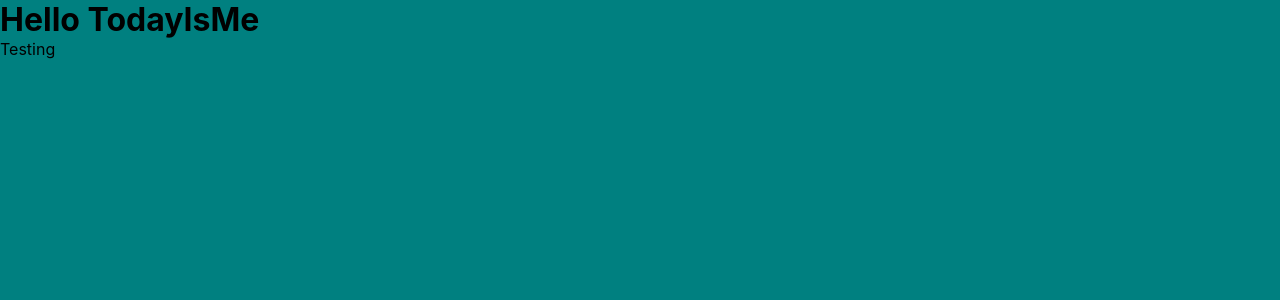
Repository: Exdevo/React
Page: /
The author's editor kept a copy of each file at every save. The page is drawn from the files as they stood at one save, then again after the next save.
The browser window is 1280 px wide. The pictures show the whole page.
The project was rebuilt for these pictures with package versions that can differ from the ones it lists, and the page was loaded fresh each time. Also part of the build but not shown: src/ItemDescription.js, src/Product.js.

Above is the page before, as saved 2023-02-12 13:35:17.

After the next save:
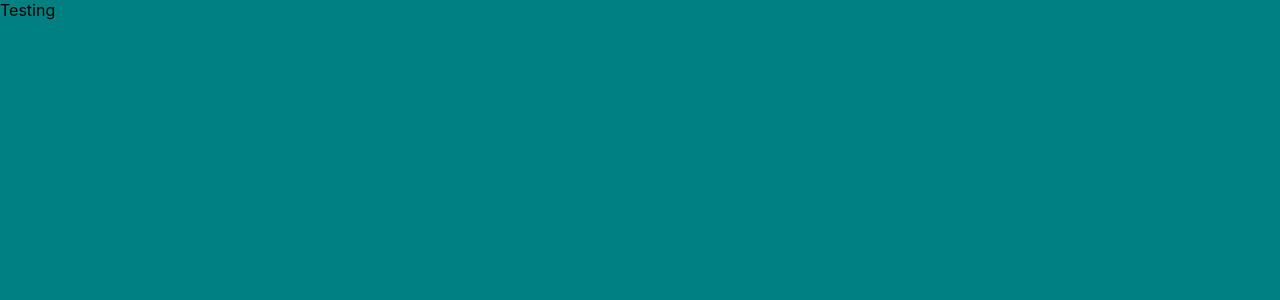
Saved 15 s later.
--- a/src/App.js
+++ b/src/App.js
@@ -9,7 +9,7 @@
 
   return (
     <div className="App">
-     <h1> Hello {isProgrammer ? name : "TodayIsMe"} </h1>
+     {/* <h1> Hello {isProgrammer ? name : "TodayIsMe"} </h1> */}
      {name ?(
       <>Testing</>
      ):(

After the save that followed:
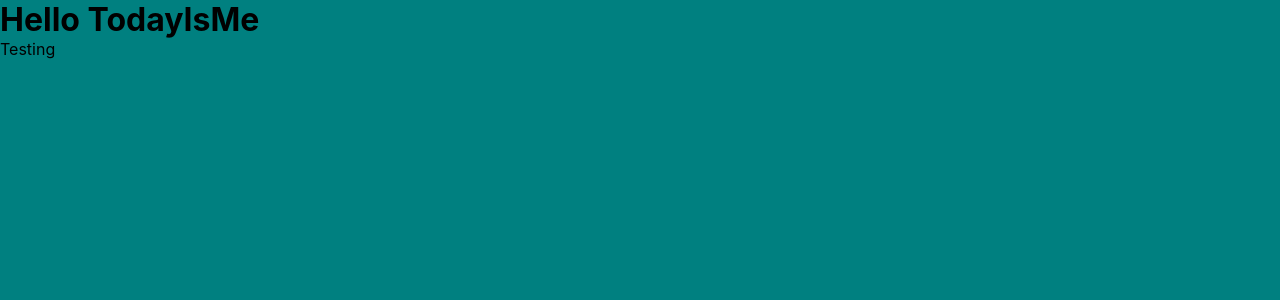
Saved 27 s later.
--- a/src/App.js
+++ b/src/App.js
@@ -9,7 +9,7 @@
 
   return (
     <div className="App">
-     {/* <h1> Hello {isProgrammer ? name : "TodayIsMe"} </h1> */}
+     <h1> Hello {isProgrammer ? name : "TodayIsMe"} </h1>
      {name ?(
       <>Testing</>
      ):(
